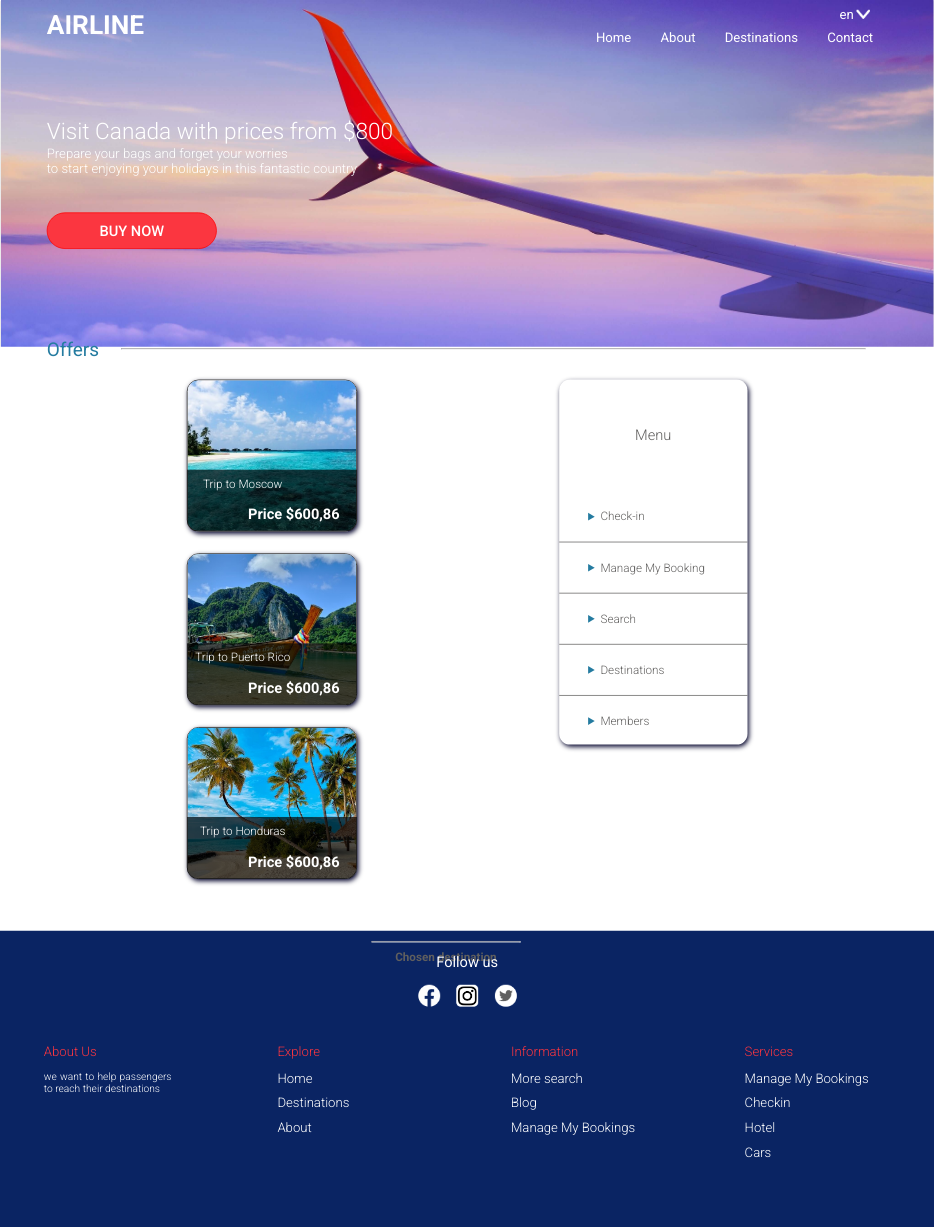
Repository: Cherced/AIRLINES
Page: /
An editor plug-in stored every save of this project. The page is shown before and after the next save, followed by the edit.
The browser window is 1280 px wide. The pictures show the whole page, at 73% of full size.
The project was rebuilt for these pictures with package versions that can differ from the ones it lists, and the page was loaded fresh each time. The framework's server and built-in components were replaced by stand-ins that run in the browser. Also part of the build but not shown: components/atoms/BannerStaff/Modal/SelectIdioms.jsx.

Above is the page before, as saved 2022-07-01 07:14:13.

### pages/_app.js
import '../sass/global.scss'

function MyApp({ Component, pageProps }) {

    return <Component {...pageProps} />

  }

  export default MyApp

### pages/index.js
import React from 'react'
import { Banner } from '../components/molecules/Banner'
import { Offers } from '../components/molecules/Offers'
import {Footer} from '../components/molecules/Footer'
import { ModalPortal} from '../components/atoms/BannerStaff/Modal/ModalPortal'
import { SelectIdioms } from '../components/atoms/BannerStaff/Modal/SelectIdioms'

const Home = () => {
  const [modal, setModal] = React.useState(false)

  return (

    <React.Fragment>
      <ModalPortal>
      {
        modal ? (<SelectIdioms/>) : (null)
      }
      </ModalPortal>
      <div className={modal ? ("idiomsShower turn") : ( "idiomsShower trass" )}>
        <button className="arrowButton--Modal"  onClick={()=> setModal(!modal)}>
          en
        </button>
        <img className="arrowImg--Modal"  src="images/arrow-down.png" alt="arrow"/>
        <button className="menu-Btn">
          <img src="images/Navbar.svg" alt="menu"/>
        </button>
      </div>
        <Banner/>
        <Offers/>
        <Footer/>
    </React.Fragment>
  )
}

export default Home

### sass/global.scss
@import "./settings";
@import "./Elements/banner";
@import "./Elements/offerts";
@import "./Elements/footer";

### components/molecules/Banner.jsx
import React from 'react'
import { Header } from '../atoms/BannerStaff/Header'
import { Promotion } from '../atoms/BannerStaff/Promotion'

export const Banner = () => {
  return (
    <main className="main-Banner--Container">
        <Header/>
        <Promotion/>
    </main>
  )
}

### components/molecules/Offers.jsx
import React from 'react'
import {TripsOffer} from '../atoms/Offerts/TripsOffer'
import { Menu } from '../atoms/Offerts/Menu'

export const Offers = () => {
  return (
    <section className="offers-Section--Container">
    <div className="offers-Title--Container">
        <h1>Offers</h1> <hr />
    </div>
    <div className="offers-BoxModel--Container">
        <div className="offers-BoxModel-Content">
        <TripsOffer/>
        <hr />
        <h3>Chosen destination</h3>
        </div>
        <Menu/>
    </div>
    </section>
  )
}

### components/molecules/Footer.jsx
import React from 'react'
import { SocialMedia } from '../atoms/Footer/SocialMedia'
import { MoreToUs } from '../atoms/Footer/MoreToUs'

export const Footer = () => {
  return (
    <footer className="Footer--Container">
        <SocialMedia/>
        <MoreToUs/>
    </footer>
  )
}

### sass/_settings.scss
//fonts:
@import url('https://fonts.googleapis.com/css2?family=Inter:wght@100;200;300;500;600;700;800;900&family=Roboto:ital,wght@0,100;0,300;0,400;0,500;0,700;0,900;1,100;1,300;1,400;1,500;1,700;1,900&display=swap');

$preSetFont: 'Roboto', sans-serif;

*{
    box-sizing: border-box;
    margin: 0;
    padding: 0;
}

### sass/Elements/_banner.scss
@import "../components/Banner/header";
@import "../components/Banner/floatMenu";
@import "../components/Banner/promotion";
@import "../components/Banner/modalIdioms";

.main-Banner--Container {
    height: 475px;
    width: 100%;
    background-image: url("../../public/images/plane.jpg");
    background-size: cover;
    background-repeat: no-repeat;
    display: flex;
    flex-direction: column;
    align-items: center;
}

.idiomsShower {
    margin-top: 7px;
    z-index: 3;
    position: absolute;
    left: calc(100% - 130px);
    display: flex;

    .arrowButton--Modal {
        background: transparent;
        border: none;
        text-align: left;
        font: normal normal 400 18px/22px Roboto;
        letter-spacing: 0px;
        color: #FFFFFF;
        opacity: 1;
    }

    img {
        width: 25px;
        height: 25px;


    }
    .menu-Btn{
        display: none;
    }



}

.turn {

    .arrowImg--Modal {
        width: 25px;
        height: 25px;
        transform: rotate(180deg);
        transition: all 0.5s ease-in;
    }

}


.trass {

    .arrowImg--Modal{
        width: 25px;
        height: 25px;
        transform: rotate(-360deg);
        transition: all 0.5s ease-in;
    }

}

@media screen and (max-width: 768px) {
    .idiomsShower{
        left: calc(100% - 100px);
    }
}


@media screen and (max-width: 500px) {
    .idiomsShower{
        margin-top: 15px;
        left: calc(100% - 100px);
        .menu-Btn{
            display: block;
            margin-left: 15px;
        }

    }
}


@media screen and (max-width: 425px) {
    .idiomsShower{
        left: calc(100% - 100px);
    }
}

### sass/components/Banner/_header.scss
.header--Container {
    width: 90%;
    height: 70px;
    display: flex;
    align-items: center;
    justify-content: space-between;

    h1 {
        font-family: $preSetFont;
        font-size: 36px;
        text-align: left;
        color: white;
        letter-spacing: 0px;
    }

    .navBar--Container {
        color: white;
        opacity: 1;

        .itmes-Navbar--Container {
            list-style: none;
            display: flex;
            height: 70px;

            li {
                width: auto;
                padding: 40px 20px 0 20px;

                a {
                    font-family: $preSetFont;
                    font-size: 18px;
                    letter-spacing: 0px;
                }

                a:hover {
                    border-bottom: 2px solid white;
                }
            }
        }
    }
}


@media screen and (max-width: 500px) {
    .header--Container {
        .navBar--Container {
            display: none;
        }
    }
}


@media screen and (max-width: 425px) {
    .header--Container {
        width: 80%;
        height: 40px;
        display: flex;
        align-items: center;
        justify-content: space-between;
        flex-direction: column;

        h1 {
            font-family: $preSetFont;
            font-size: 36px;
            text-align: left;
            color: white;
            letter-spacing: 0px;
            margin-top: 10px;
            margin-right: 210px;
        }

        .navBar--Container {
            color: white;
            opacity: 1;

            .itmes-Navbar--Container {
                list-style: none;
                display: flex;
                height: 70px;

                li {
                    width: auto;
                    padding: 20px 10px 0 10px;

                    a {
                        font-family: $preSetFont;
                        font-size: 14px;
                        letter-spacing: 0px;
                    }

                    a:hover {
                        border-bottom: 2px solid white;
                    }
                }
            }
        }
    }
}



@media screen and (max-width: 320px) {
    .header--Container {
        width: 80%;
        height: 40px;
        display: flex;
        align-items: center;
        justify-content: space-between;
        flex-direction: column;

        h1 {
            font-family: $preSetFont;
            font-size: 36px;
            text-align: left;
            color: white;
            letter-spacing: 0px;
            margin-top: 10px;
            margin-right: 150px;
        }

        .navBar--Container {
            color: white;
            opacity: 1;

            .itmes-Navbar--Container {
                list-style: none;
                display: flex;
                height: 70px;

                li {
                    width: auto;
                    padding: 20px 10px 0 10px;

                    a {
                        font-family: $preSetFont;
                        font-size: 14px;
                        letter-spacing: 0px;
                    }

                    a:hover {
                        border-bottom: 2px solid white;
                    }
                }
            }
        }
    }

}

### sass/components/Banner/_promotion.scss
.promotions--Container {
    height: 405px;
    width: 90%;
    display: flex;
    flex-direction: column;
    align-items: flex-start;
    margin-top: 92px;

    h1 {
        text-align: left;
        font-family: $preSetFont;
        font-size: 31px;
        font-weight: 300;
        letter-spacing: 0px;
        opacity: 1;
        color: white;
    }

    p {
        width: 440px;
        text-align: left;
        font-family: $preSetFont;
        font-size: 18px;
        font-weight: 300;
        letter-spacing: 0px;
        color: #FFFFFF;
        opacity: 1;
    }

    .buyNowBtn {
        margin-top: 50px;
        background: #FB3640;
        width: 233px;
        height: 50px;
        font-family: $preSetFont;
        text-align: center;
        font: normal normal 500 20px/24px Roboto;
        letter-spacing: 0px;
        color: #FFFFFF;
        opacity: 1;
        border-radius: 60px;
        border: 1px solid red;
    }
}

@media screen and (max-width: 425px) {
    .promotions--Container {
        height: 405px;
        width: 80%;
        display: flex;
        flex-direction: column;
        align-items: center;
        margin-top: 92px;

        h1 {
            text-align: left;
            font-family: $preSetFont;
            font-size: 31px;
            font-weight: 300;
            letter-spacing: 0px;
            opacity: 1;
            color: white;
            margin-bottom: 30px;
        }

        p {
            width: 345px;
            text-align: left;
            font-family: "Roboto", sans-serif;
            font-size: 18px;
            font-weight: 300;
            letter-spacing: 0px;
            color: #FFFFFF;
            opacity: 1;
        }

        .buyNowBtn {
            margin-top: 50px;
            background: #FB3640;
            width: 233px;
            height: 50px;
            font-family: $preSetFont;
            text-align: center;
            font: normal normal 500 20px/24px Roboto;
            letter-spacing: 0px;
            color: #FFFFFF;
            opacity: 1;
            border-radius: 60px;
            border: 1px solid red;
        }
    }
}


@media screen and (max-width: 320px) {
    .promotions--Container {
        height: 405px;
        width: 80%;
        display: flex;
        flex-direction: column;
        align-items: center;
        margin-top: 92px;

        h1 {
            text-align: left;
            font-family: $preSetFont;
            font-size: 31px;
            font-weight: 300;
            letter-spacing: 0px;
            opacity: 1;
            color: white;
            margin-bottom: 30px;
        }

        p {
            width: 290px;
            text-align: left;
            font-family: "Roboto", sans-serif;
            font-size: 18px;
            font-weight: 300;
            letter-spacing: 0px;
            color: #FFFFFF;
            opacity: 1;
        }

        .buyNowBtn {
            margin-top: 50px;
            background: #FB3640;
            width: 233px;
            height: 50px;
            font-family: $preSetFont;
            text-align: center;
            font: normal normal 500 20px/24px Roboto;
            letter-spacing: 0px;
            color: #FFFFFF;
            opacity: 1;
            border-radius: 60px;
            border: 1px solid red;
        }
    }
}

### sass/components/Banner/_modalIdioms.scss
.ModalContainer {
    background-color: rgba(0, 0, 0, 0.5);
    display: flex;
    justify-content: center;
    align-items: center;
    box-shadow: 0px 10px 10px rgba(0, 0, 0, 8.5);
    position: fixed;
    top: -10px;
    left: -10px;
    right: -10px;
    bottom: -10px;

    .select-Idiom--Modal {
        position: absolute;
        top: 55px;
        left: calc(100% - 260px);
        width: 145px;
        height: 110px;
        background: white;
        display: flex;
        flex-direction: column;
        align-items: center;
        justify-content: center;
        list-style: none;
        text-align: left;
        border-radius: 15px;
        box-shadow: 2px 3px 8px #000029;

        li {
            width: 80%;
            text-align: left;
            font: normal normal normal 18px/22px Roboto;
            letter-spacing: 0px;
            color: #247BA0;
            opacity: 1;
            padding: 5px 0;
        }
    }
}

@media screen and (max-width: 768px) {
    .ModalContainer{
        .select-Idiom--Modal{
            left: calc(100% - 225px);
        }
    }
}


@media screen and (max-width: 425px) {
    .ModalContainer{
        .select-Idiom--Modal{
            left: calc(100% - 190px);
        }
    }
}

### sass/Elements/_footer.scss
@import "../components/Footer/socialMedia";
@import "../components/Footer/moreToUs";

.Footer--Container{
    width: 100%;
    height: 406px;
    background: #0A2463;
}

@media screen and (max-width: 425px) {
    .Footer--Container{
        height: 850px;
    }
}

### sass/components/Footer/_socialMedia.scss
.SocialMedia--Container {
    display: flex;
    flex-direction: column;
    width: 100%;
    align-items: center;
    justify-content: center;

    h1 {
        margin-top: 30px;
        text-align: left;
        font: normal normal 400 20px/24px Roboto;
        letter-spacing: 0px;
        color: #FFFFFF;
        opacity: 1;
    }

    .iconsSocialMedia--Container {
        margin-top: 20px;
        display: flex;
        width: 180px;
        justify-content: space-evenly;

        img {
            width: 30px;
            height: 30px;
        }
    }
}

@media screen and (max-width: 425px) {
    .SocialMedia--Container {
        margin-bottom: 20px;
    }
}

### sass/components/Footer/_moreToUs.scss
.footerNavBar--Container {
    display: flex;
    height: 60%;
    width: 100%;
    justify-content: space-around;
    align-items: center;

    .navbar-Item-Content {
        width: 90%;
        height: 100%;
        margin-top: 100px;
        margin-left: 60px;

        h1 {
            color: #FB3640;
            text-align: left;
            font: normal normal 300 18px/22px Roboto;
            letter-spacing: 0px;
            color: #FB3640;
            opacity: 1;
            margin-bottom: 15px;
        }

        p {
            text-align: left;
            font: normal normal 300 14px/17px Roboto;
            letter-spacing: 0px;
            color: #FFFFFF;
            opacity: 1;
            text-align: justify;
            padding-right: 85px;
        }

        ul {
            list-style-type: none;

            li {
                color: #FFFFFF;
                margin-bottom: 12px;

                a {
                    text-align: left;
                    font: normal normal 300 18px/22px Roboto;
                    letter-spacing: 0px;
                    color: #FFFFFF;
                    opacity: 1;
                }
            }
        }
    }
}

@media screen and (max-width: 425px) {
    .footerNavBar--Container {
        display: flex;
        height: 60%;
        width: 100%;
        justify-content: space-around;
        align-items: center;
        flex-wrap: wrap;
        .navbar-Item-Content {
            width: 90%;
            height: 150px;
            margin-top: 20px;
            margin-left: 70px;
        }
    }


}

### components/atoms/BannerStaff/Header.jsx
import React from 'react'

export const Header = () => {
  return (
    <header className="header--Container">
        <h1>AIRLINE</h1>
        <nav className="navBar--Container">
            <ul className="itmes-Navbar--Container">
                <li><a>Home</a></li>
                <li><a>About</a></li>
                <li><a>Destinations</a></li>
                <li><a>Contact</a></li>
            </ul>
        </nav>
    </header>
  )
}

### components/atoms/BannerStaff/Promotion.jsx
import React from 'react'

export const Promotion = () => {
  return (
    <div className="promotions--Container">
        <h1>Visit Canada with prices from $800</h1>
        <p>Prepare your bags and forget your worries</p>
        <p> to start enjoying your holidays in this fantastic country</p>
        <button className="buyNowBtn" type="button">BUY NOW</button>
    </div>
  )
}

### components/atoms/Offerts/TripsOffer.jsx
import React from 'react'

export const TripsOffer = () => {
  return (
    <div className="promotional-Cards--Container">
        <div className="promotionalCard">
            <img src="/images/moscow.jpg" alt="moscu"/>
            <div className="promotionalCard--Info">
                <p>
                Trip to Moscow
                </p>
                <h1>Price $600,86</h1>
            </div>
        </div>
        <div className="promotionalCard">
            <img src="/images/puerto-rico.jpg" alt="puerrtorro"/>
            <div className="promotionalCard--Info">
                <p>
                Trip to Puerto Rico
                </p>
                <h1>Price $600,86</h1>
            </div>
        </div>
        <div className="promotionalCard">
            <img src="/images/honduras.jpg" alt="honduras"/>
            <div className="promotionalCard--Info">
                <p>
                Trip to Honduras
                </p>
                <h1>Price $600,86</h1>
            </div>
        </div>
    </div>
  )
}

### components/atoms/Offerts/Menu.jsx
import React from 'react'

export const Menu = () => {
  return (
    <aside className="menuAside--Container">
        <h1>Menu</h1>
        <nav className="menuAside-Navbar--Container" id="EXPECIFFFYYY">
        <ul className="list-Items--Container">
            <li><a>Check-in</a></li>
            <li><a>Manage My Booking</a></li>
            <li><a>Search</a></li>
            <li><a>Destinations</a></li>
            <li><a>Members</a></li>
        </ul>
        </nav>
    </aside>
  )
}

### components/atoms/Footer/SocialMedia.jsx
import React from 'react'

export const SocialMedia = () => {
  return (
    <div className="SocialMedia--Container">
        <h1>Follow us</h1>
        <div className="iconsSocialMedia--Container">
            <img src="/images/facebook.png" alt="facebook" />
            <img src="/images/instagram.png" alt="instagram" />
            <img src="/images/twitter.png" alt="tweiter" />
        </div>
    </div>
  )
}

### components/atoms/Footer/MoreToUs.jsx
import React from 'react'

export const MoreToUs = () => {
  return (
    <section className="footerNavBar--Container">
        <nav className="navbar-Item-Content">
            <h1>About Us</h1>
            <p><a>we want to help passengers to reach their destinations</a></p>
        </nav>
        <nav className="navbar-Item-Content">
            <h1>Explore</h1>
            <ul>
                <li><a>Home</a></li>
                <li><a>Destinations</a></li>
                <li><a>About</a></li>
            </ul>
        </nav>
        <nav className="navbar-Item-Content">
            <h1>Information</h1>
            <ul>
            <li><a>More search</a></li>
            <li><a>Blog</a></li>
            <li><a>Manage My Bookings</a></li>
            </ul>
        </nav>
        <nav className="navbar-Item-Content">
            <h1>Services</h1>
            <ul>
            <li><a>Manage My Bookings</a></li>
            <li><a>Checkin</a></li>
            <li><a>Hotel</a></li>
            <li><a>Cars</a></li>
            </ul>
        </nav>
    </section>
  )
}

### components/atoms/BannerStaff/FloatMenu.jsx
import React from 'react'

export const FloatMenu = () => {
  return (
    <nav className="FloatMenu--Container">
        <nav className="navBarFloat--Container">
            <ul className="itmes-NavbarFloat--Container">
                <li><a>Home</a></li>
                <li><a>About</a></li>
                <li><a>Destinations</a></li>
                <li><a>Contact</a></li>
            </ul>
        </nav>
    </nav>
  )
}

Loaded but not shown: components/atoms/BannerStaff/Modal/ModalPortal.js (13 lines, source omitted); pages/_document.js (16 lines, source omitted); sass/Elements/_offerts.scss (525 lines, source omitted); sass/components/Banner/_floatMenu.scss (no stored copy; drawn as an empty file)

After the next save:
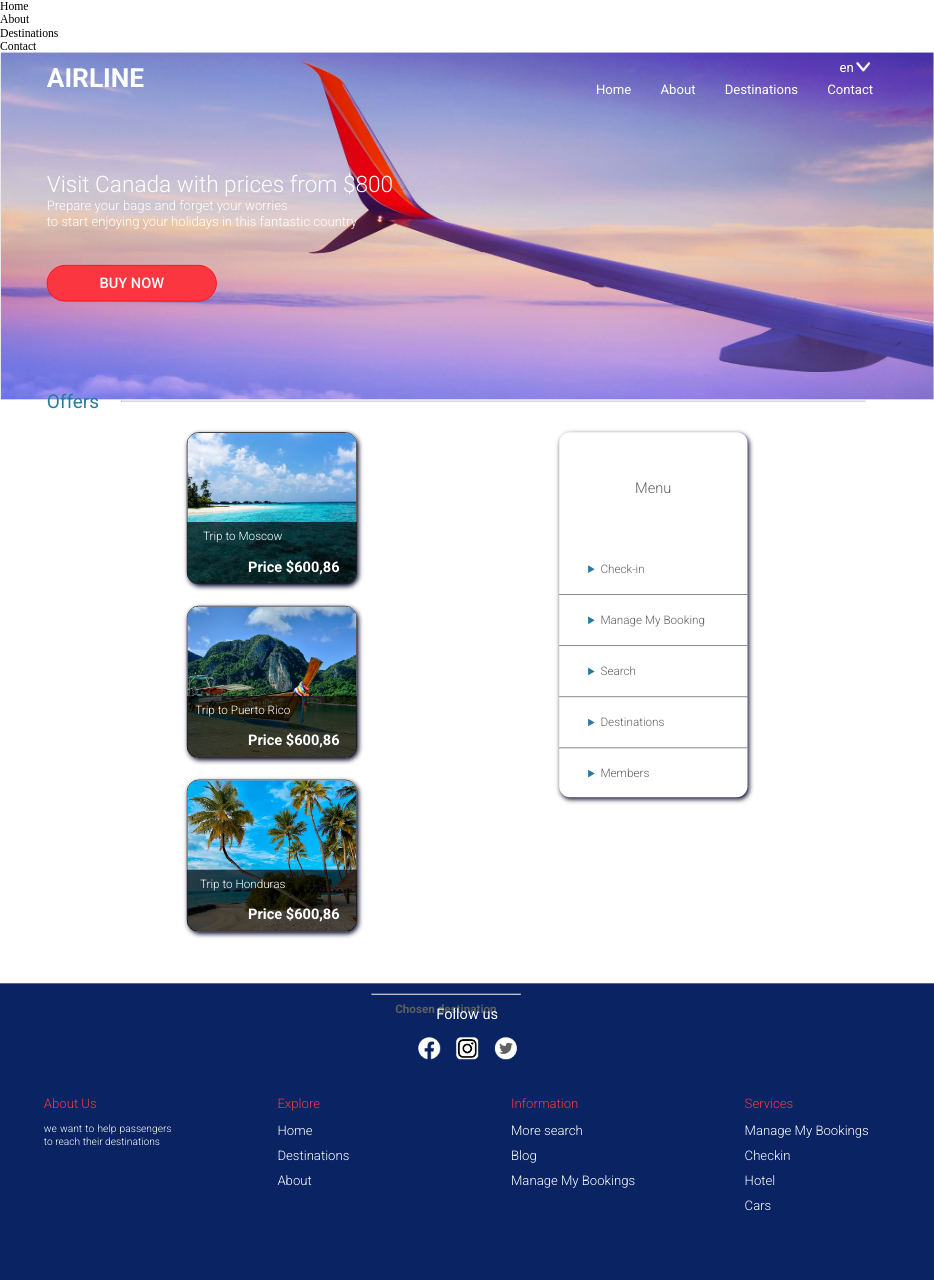
Saved 89 s later.
--- a/pages/index.js
+++ b/pages/index.js
@@ -4,6 +4,7 @@ import { Offers } from '../components/molecules/Offers'
 import {Footer} from '../components/molecules/Footer'
 import { ModalPortal} from '../components/atoms/BannerStaff/Modal/ModalPortal'
 import { SelectIdioms } from '../components/atoms/BannerStaff/Modal/SelectIdioms'
+import { FloatMenu } from '../components/atoms/BannerStaff/FloatMenu'
 
 const Home = () => {
   const [modal, setModal] = React.useState(false)
@@ -11,6 +12,7 @@ const Home = () => {
   return (
 
     <React.Fragment>
+      <FloatMenu/>
       <ModalPortal>
       {
         modal ? (<SelectIdioms/>) : (null)
